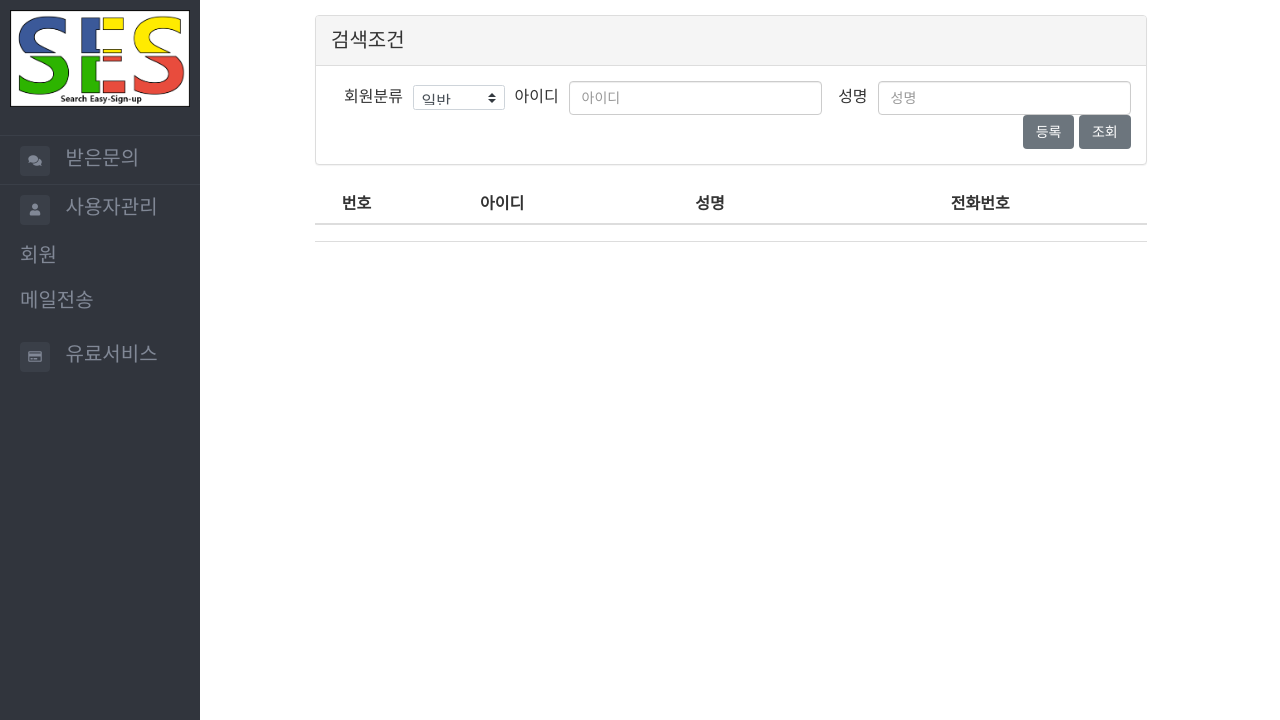
Repository: hyun5292/school
Page: http://localhost/adminSES/WEB-INF/views/member/m_search.jsp
The author's editor kept a copy of each file at every save. The page is drawn from the files as they stood at one save, then again after the next save.
The browser window is 1280 px wide. The pictures show the whole page.
Some web libraries are served in a nearby version. The page is served by Tomcat 9. Nobody is signed in. The template is opened directly, without the code that normally fills it, so the values that code supplies are empty.

Above is the page before, as saved 2020-11-09 07:57:59.

After the next save:
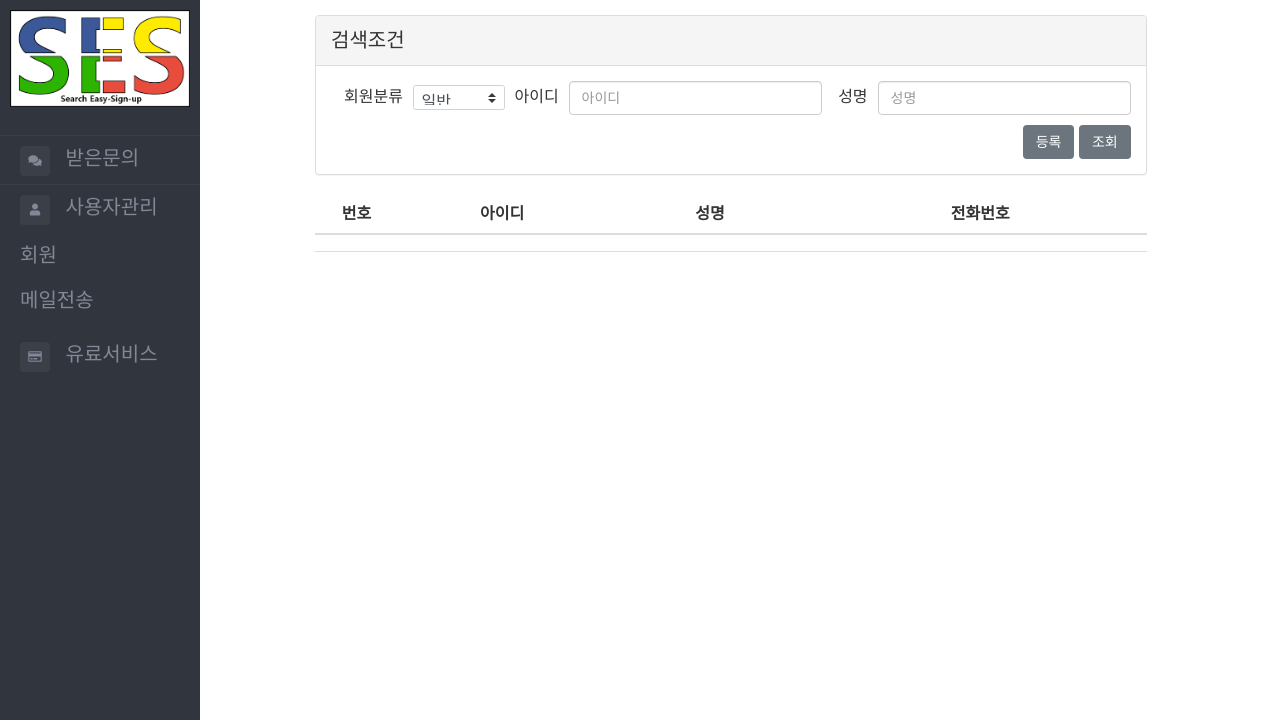
Saved 34 s later.
--- a/sesAdmin/adminSES/src/main/webapp/WEB-INF/views/member/m_search.jsp
+++ b/sesAdmin/adminSES/src/main/webapp/WEB-INF/views/member/m_search.jsp
@@ -108,6 +108,7 @@ table {
 										<td><input type="text" class="form-control"
 											id="inputName" placeholder="성명" width="80%"></td>
 									</tr>
+									<tr><td colspan="10" height="10px"></td></tr>
 									<tr>
 										<td colspan="10" align="right">
 											<button type="button" class="btn btn-secondary">등록</button>
